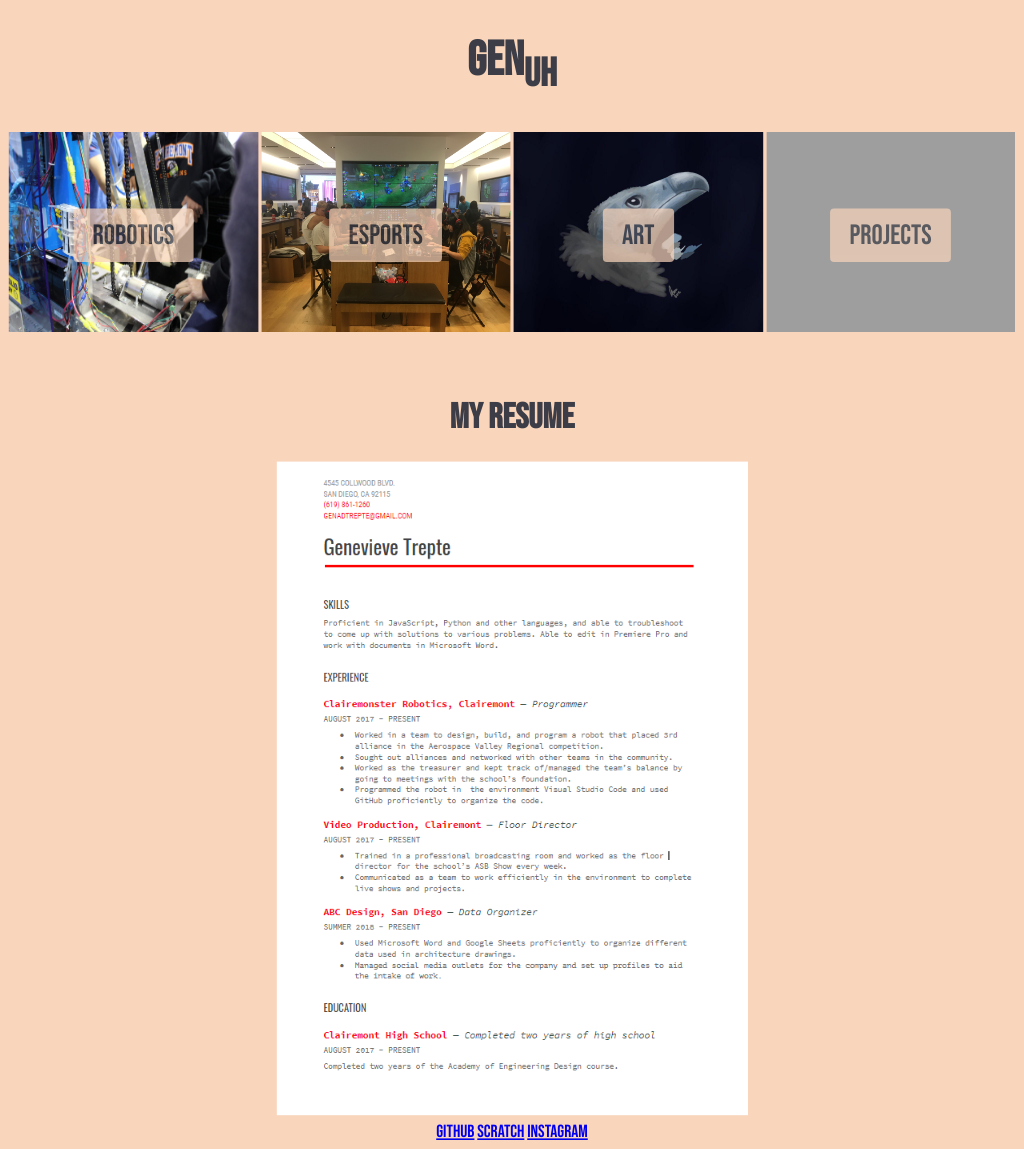
Repository: gennnna/gennnna.github.io
Page: pages/index.html
The author's editor kept a record of every edit. The page is drawn from the files as they stood at one moment, then again after the next edit.
The browser window is 1280 px wide. The pictures show the whole page, at 80% of full size.
Pictures or frames that could not be fetched are drawn as grey boxes.

Above is the page before.

After the next edit:
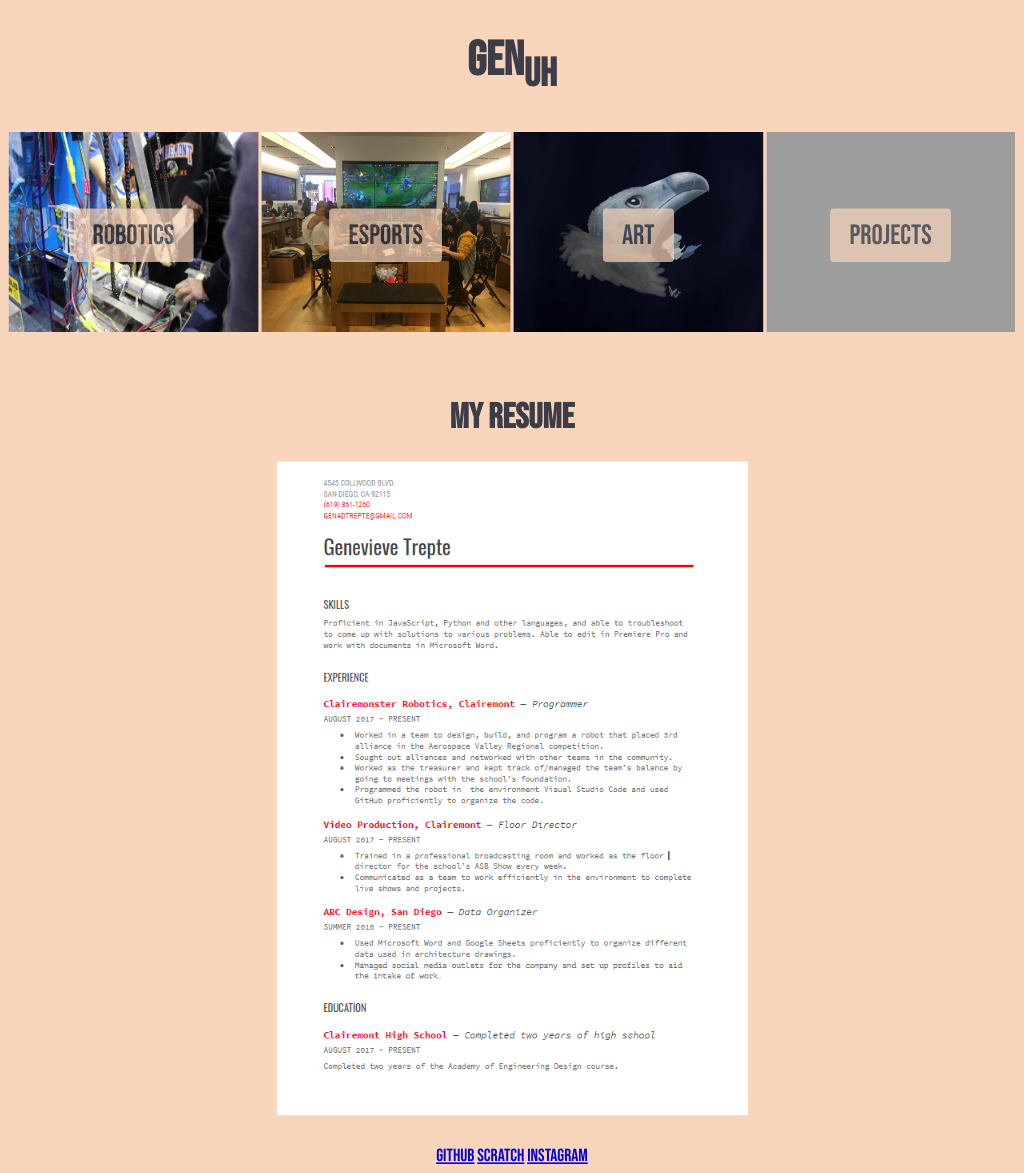
The edit:
--- a/pages/index.html
+++ b/pages/index.html
@@ -32,6 +32,7 @@
             <h1>My Resume</h1>
             <img src="../images/RESUME.png">
         </center>
+        <div style="padding:15px"></div>
         <table align="center">
             <tr>
                 <center>
